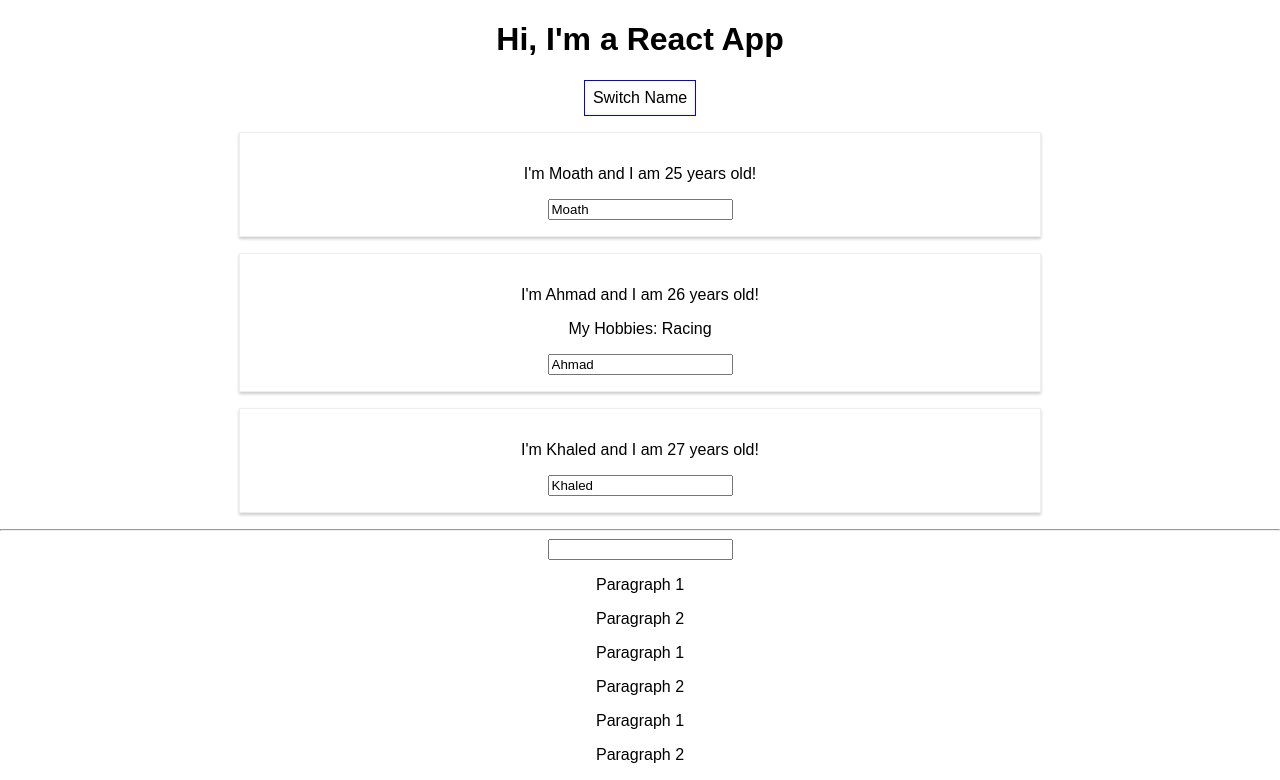
Repository: MuathYHKefayah/React-Basics
Page: /
The author's editor kept a copy of each file at every save. The page is drawn from the files as they stood at one save, then again after a run of saves.
The browser window is 1280 px wide. The pictures show the whole page.
The project was rebuilt for these pictures with package versions that can differ from the ones it lists, and the page was loaded fresh each time.

Above is the page before, as saved 2020-12-12 08:52:28.

After the next 2 saves:
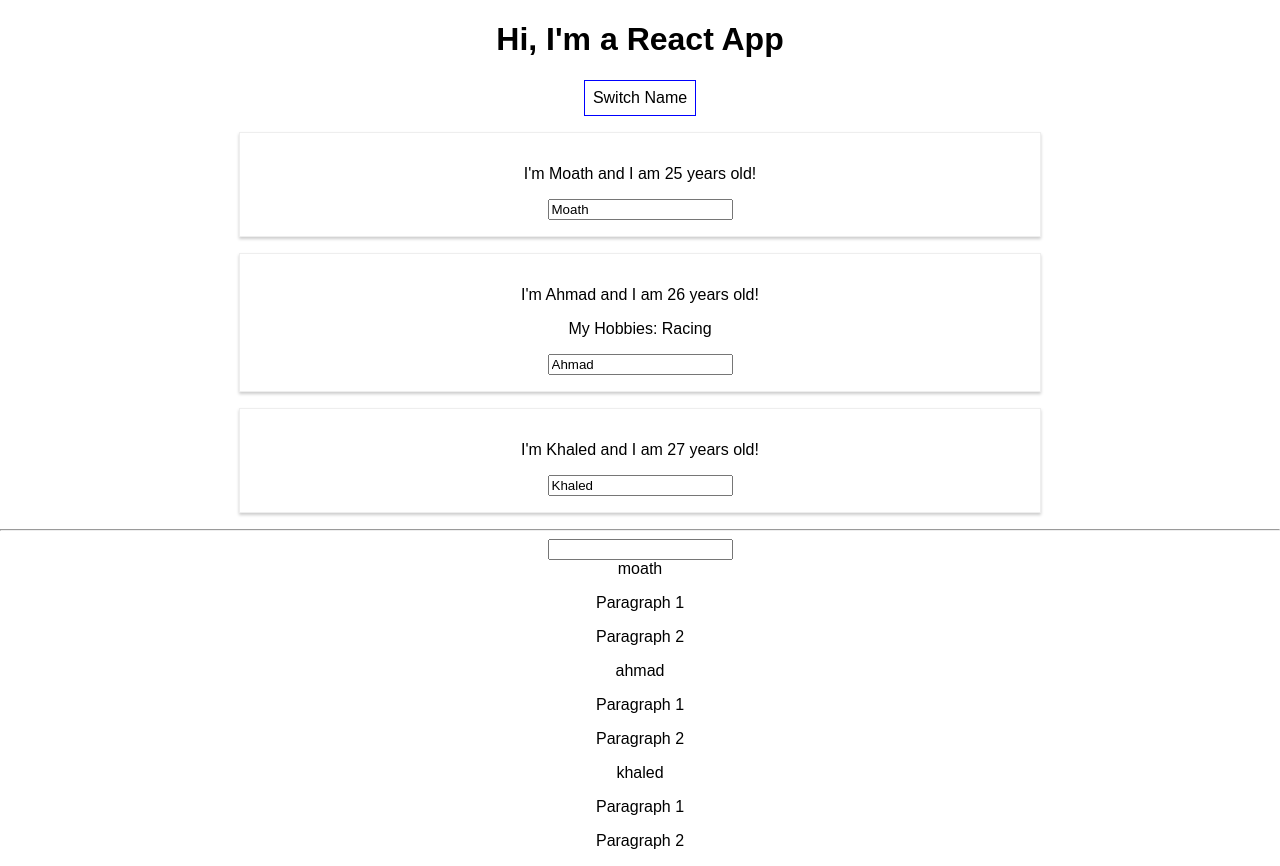
The 2 saves are shown as one change because 1 did not build or start.
The last was saved 2 min 46 s later.
--- a/src/UserOutput/UserOutput.js
+++ b/src/UserOutput/UserOutput.js
@@ -4,6 +4,7 @@ class UserOutput extends Component {
     render(){
         return(
             <div className="UserOutput">
+                {this.props.name}
                 <p>Paragraph 1</p>
                 <p>Paragraph 2</p>
             </div>
